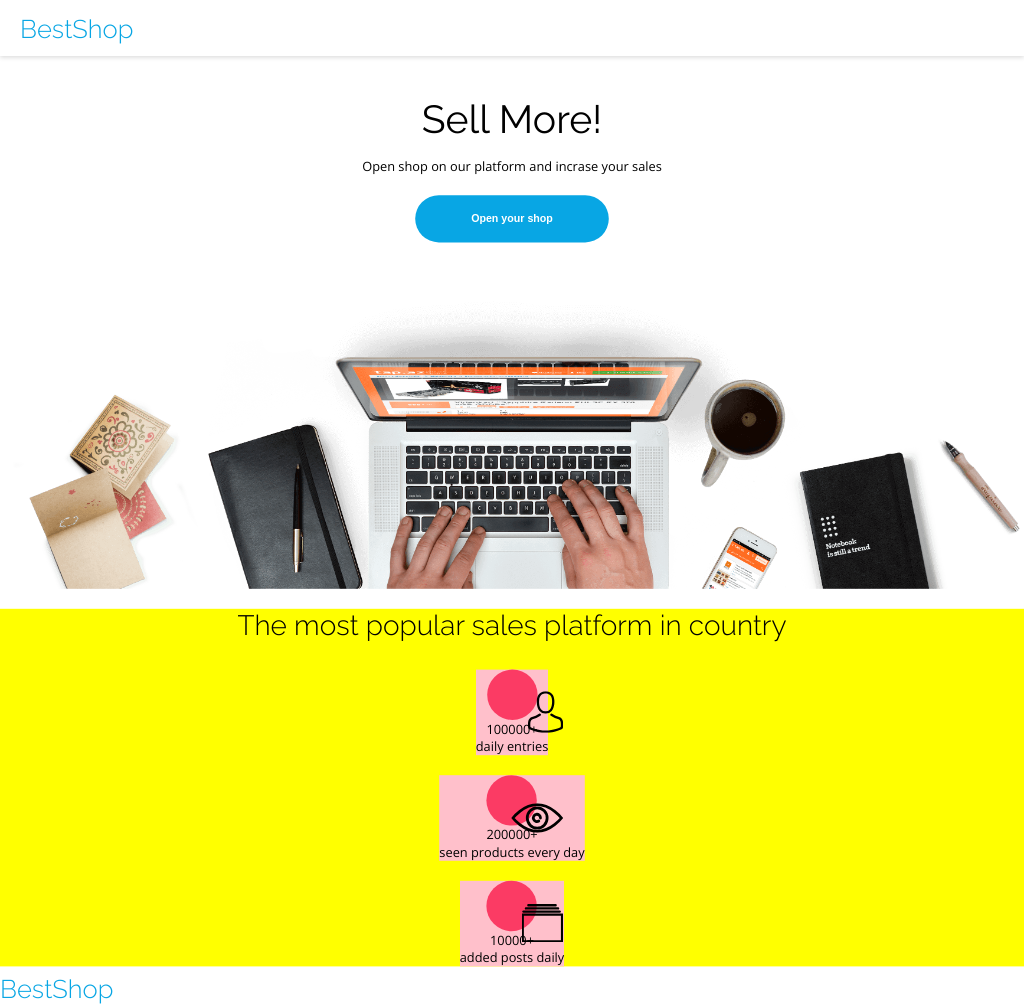
Repository: artwol993/BestShop
Page: index.html
An editor plug-in stored every save of this project. The page is shown before and after the next save, followed by the edit.
The browser window is 1280 px wide. The pictures show the whole page, at 80% of full size.
The style sheet was rebuilt from its Sass, Less or Tailwind sources for each picture, by a compiler version that may differ from the author's.

Above is the page before, as saved 2020-05-28 19:55:11.

After the next save:
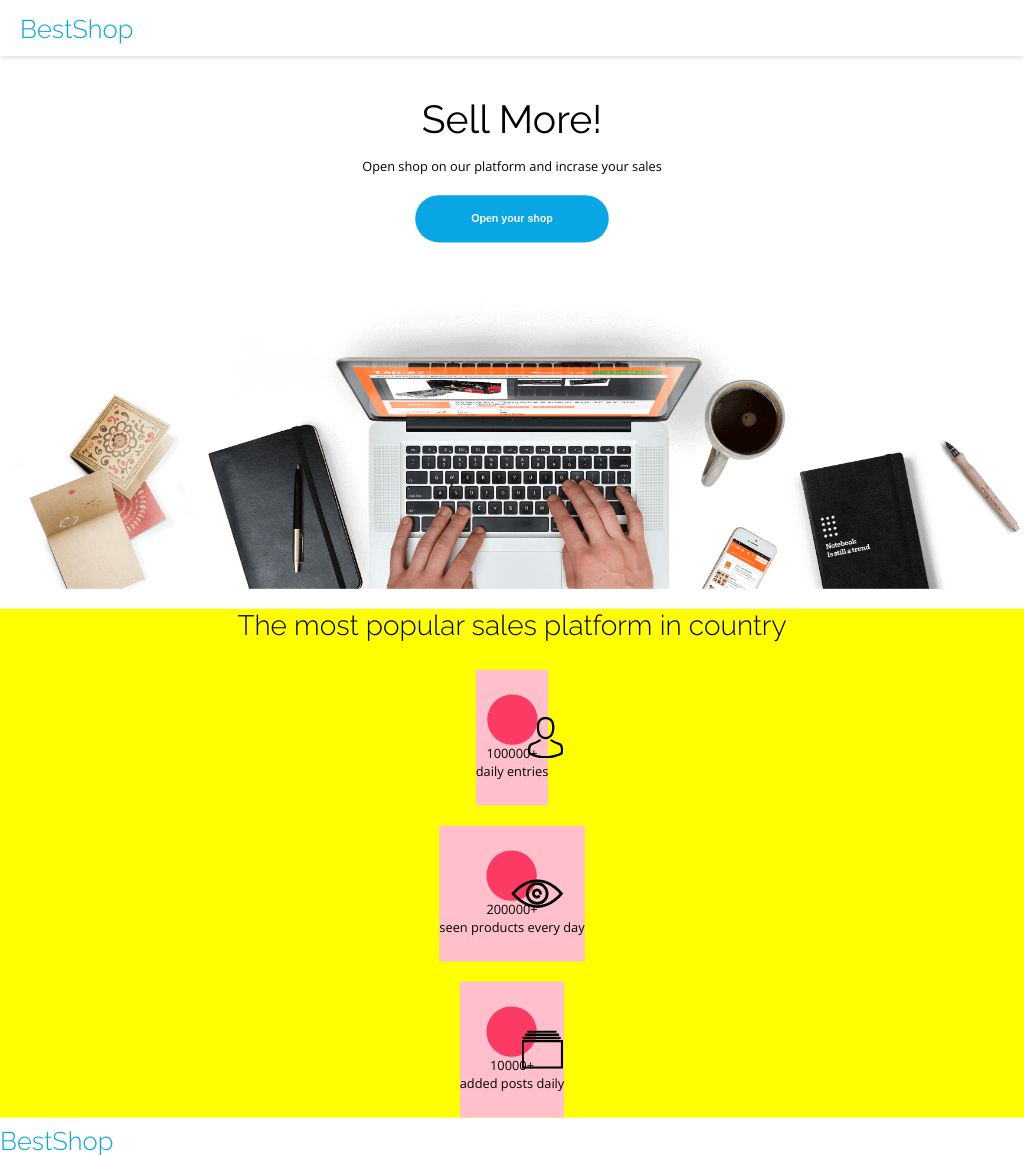
Saved 96 s later.
--- a/scss/main.scss
+++ b/scss/main.scss
@@ -291,6 +291,7 @@
 }
 
 .stats__bin {
+  height: 170px;
   margin-top: 25px;
   background: pink;
   display: flex;
